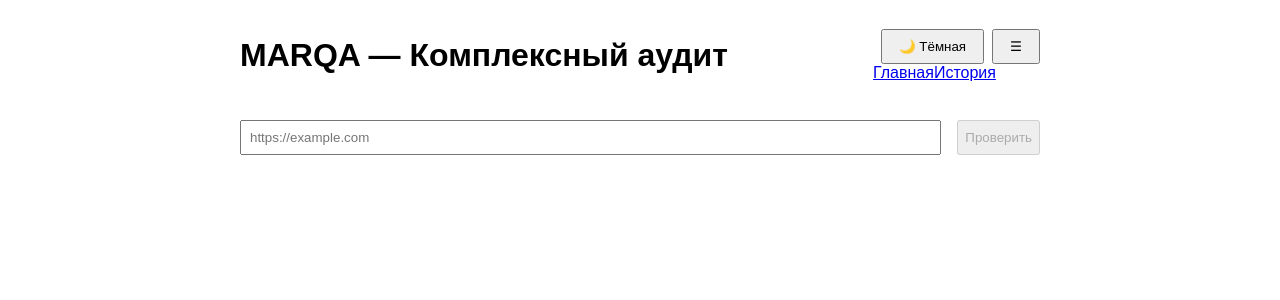
Repository: zubkovanatolii/marqa
Page: /
These files come from the project's save history. The page is drawn as it stood at one moment and after the next save; the edit follows.
The browser window is 1280 px wide. The pictures show the whole page.
The project was rebuilt for these pictures with package versions that can differ from the ones it lists, and the page was loaded fresh each time. The framework's server and built-in components were replaced by stand-ins that run in the browser. Also part of the build but not shown: next.config.mjs, components/Spinner.js.

Above is the page before, as saved 2025-05-01 23:56:14.

After the next save:
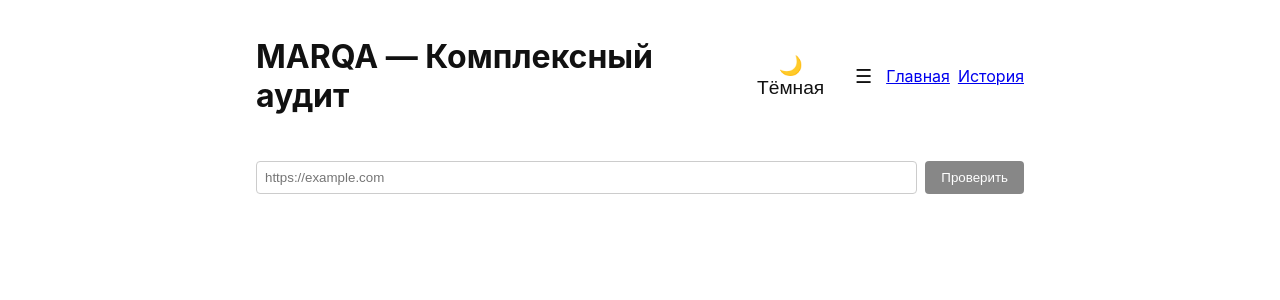
Saved 24 s later.
--- a/styles/globals.css
+++ b/styles/globals.css
@@ -1,17 +1,36 @@
 /* styles/globals.css */
+
+/* CSS-переменные для тем */
 :root {
-  --success: #28a745;
-  --warn:    #ff8c00;
-  --error:   #dc3545;
+  --bg: #ffffff;
+  --fg: #111111;
+  --container-max: 800px;
+  --success: #0a0;
+  --warn: #e65;
+  --error: #c00;
+}
+
+[data-theme="dark"] {
+  --bg: #111111;
+  --fg: #f1f1f1;
+  --success: #3f0;
+  --warn: #fc3;
+  --error: #f33;
+}
+
+* {
+  box-sizing: border-box;
 }
 
 body {
   margin: 0;
-  font-family: Arial, sans-serif;
+  background: var(--bg);
+  color: var(--fg);
+  font-family: -apple-system, BlinkMacSystemFont, sans-serif;
 }
 
 .container {
-  max-width: 800px;
+  max-width: var(--container-max);
   margin: 0 auto;
   padding: 1rem;
 }
@@ -22,53 +41,84 @@ body {
   align-items: center;
 }
 
-.controls button,
-.history-btn {
-  margin-left: 0.5rem;
-  padding: 0.5rem 1rem;
+.controls {
+  display: flex;
+  align-items: center;
+  gap: 0.5rem;
+}
+
+.theme-toggle, .hamburger {
+  background: none;
+  border: none;
+  font-size: 1.2rem;
   cursor: pointer;
+  color: var(--fg);
+}
+
+.nav {
+  display: none;
+  flex-direction: column;
+  gap: 0.5rem;
+}
+
+.nav.open {
+  display: flex;
+}
+
+@media (min-width: 600px) {
+  .nav {
+    display: flex !important;
+    flex-direction: row;
+  }
 }
 
 .form-row {
   display: flex;
-  gap: 1rem;
+  gap: 0.5rem;
+  flex-wrap: wrap;
   margin: 1.5rem 0;
-  flex-wrap: wrap;
 }
 
 .form-row input {
   flex: 1 1 300px;
   padding: 0.5rem;
+  border: 1px solid #ccc;
+  border-radius: 4px;
+}
+
+.form-row button {
+  padding: 0.5rem 1rem;
+  border: none;
+  background: var(--fg);
+  color: var(--bg);
+  cursor: pointer;
+  border-radius: 4px;
+}
+
+.form-row button:disabled {
+  opacity: 0.5;
+  cursor: default;
+}
+
+.error {
+  color: var(--error);
 }
 
 .results {
-  display: grid;
-  grid-template-columns: repeat(auto-fit, minmax(140px, 1fr));
-  gap: 1rem;
-  margin-top: 1rem;
+  list-style: none;
+  padding: 0;
 }
 
-.result-item {
-  font-weight: bold;
-}
-
-/* Spinner */
 .spinner {
-  width: 1em;
-  height: 1em;
-  border: 2px solid rgba(0,0,0,0.2);
-  border-top-color: rgba(0,0,0,0.6);
+  width: 1rem;
+  height: 1rem;
+  border: 2px solid var(--fg);
+  border-top: 2px solid transparent;
   border-radius: 50%;
-  animation: spin 0.8s linear infinite;
+  animation: spin 0.7s linear infinite;
   display: inline-block;
-  vertical-align: middle;
 }
 
 @keyframes spin {
   to { transform: rotate(360deg); }
 }
-
-/* Error message */
-.error {
-  color: var(--error);
-}
